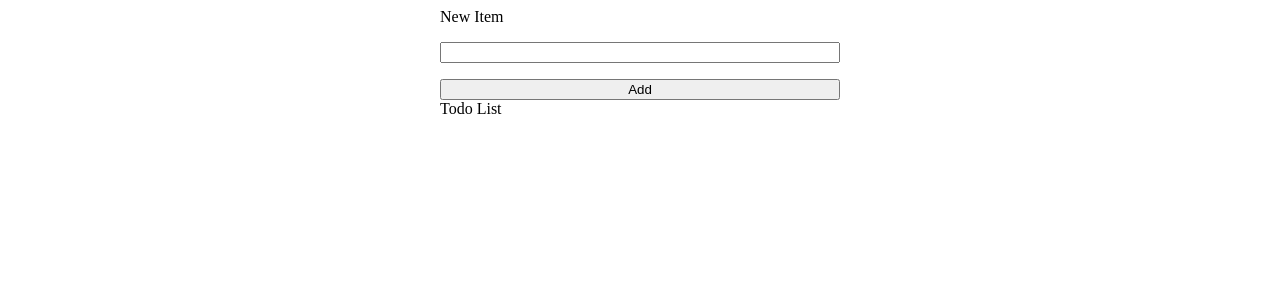
Repository: emmanuel2011-program/react-to-do-list
Page: /
These files come from the project's save history. The page is drawn as it stood at one moment and after a run of saves; the edit follows.
The browser window is 1280 px wide. The pictures show the whole page.
The project was rebuilt for these pictures with package versions that can differ from the ones it lists, and the page was loaded fresh each time. Also part of the build but not shown: vite.config.js.

Above is the page before, as saved 2025-11-02 03:07:07.

### index.html
<!doctype html>
<html lang="en">
  <head>
    <meta charset="UTF-8" />
    <link rel="icon" type="image/svg+xml" href="/vite.svg" />
    <meta name="viewport" content="width=device-width, initial-scale=1.0" />
    <title>react-to-do-list</title>
  </head>
  <body>
    <div id="root"></div>
    <script type="module" src="/src/main.jsx"></script>
  </body>
</html>

### src/App.jsx
import "./styles.css"

export default function App() {
  return (
    <>
  <form className="new-item-form">

      <label htmlFor="item">New Item</label>
      <input type="text" id="item" />
    <button className="btn">Add</button>
  </form>
  <hi className="header">Todo List</hi>
  </>
)
}

### src/styles.css
/* Align the label above the input */
.new-item-form {
  display: flex;
  flex-direction: column;
  gap: 1rem; /* space between rows if you add more later */
  max-width: 400px;
  margin: 0 auto;
}

.form-row {
  display: flex;
  flex-direction: column; /* 👈 stacks label above input */
}

.form-row label {
  margin-bottom: 6px;
  font-weight: 600;
  font-size: 0.95rem;
  color: var(--muted);
}

.form-row input {
  padding: 10px 12px;
  font-size: 1rem;
  border-radius: 8px;
  border: 1px solid #334155;
  background-color: #ecedf0;
  color: var(--text);
  outline: none;
  transition: border 0.2s ease, box-shadow 0.2s ease;
}

.form-row input:focus {
  border-color: var(--accent);
  box-shadow: 0 0 6px rgba(125, 211, 252, 0.4);
}
.header {
    display: flex;
  flex-direction: column;
  gap: 1rem; /* space between rows if you add more later */
  max-width: 400px;
  margin: 0 auto;

}

Loaded but not shown: src/main.jsx (common file)

After the next 3 saves:
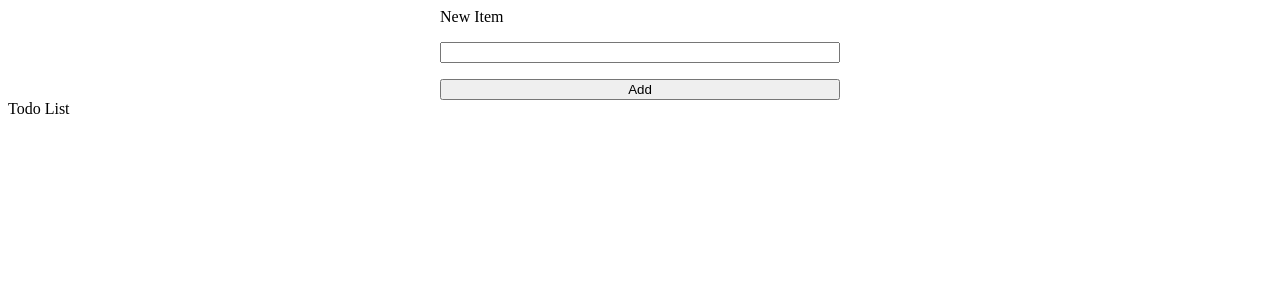
The 3 saves are shown as one change because they came seconds apart.
The last was saved 100 s later.
--- a/src/styles.css
+++ b/src/styles.css
@@ -39,6 +39,6 @@
   flex-direction: column;
   gap: 1rem; /* space between rows if you add more later */
   max-width: 400px;
-  margin: 0 auto;
+  margin-top;
 
 }
